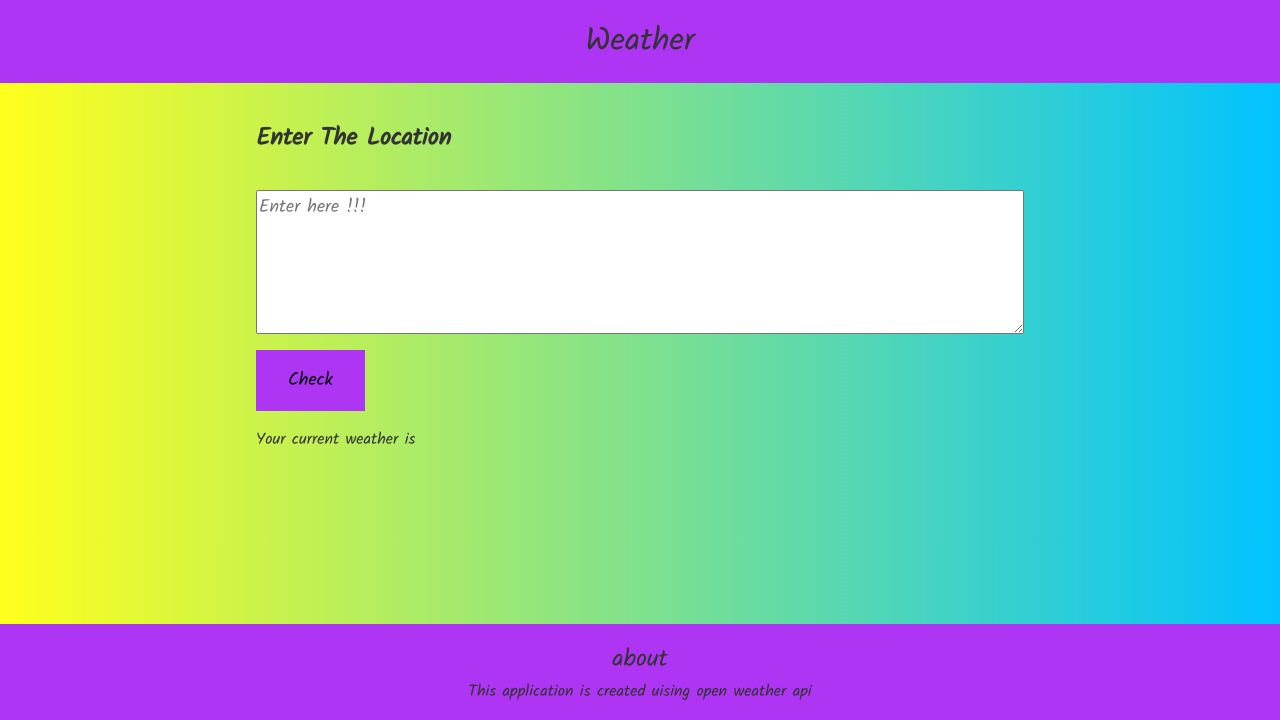
Repository: Irfan-vit/openapi
Page: index.html
The author's editor kept a copy of each file at every save. The page is drawn from the files as they stood at one save, then again after the next save.
The browser window is 1280 px wide. The pictures show the whole page.

Above is the page before, as saved 2021-05-27 23:31:17.

### index.html
<!DOCTYPE html>
<html lang="en">

<head>
    <meta charset="UTF-8">
    <meta http-equiv="X-UA-Compatible" content="IE=edge">
    <meta name="viewport" content="width=device-width, initial-scale=1.0">
    <title>Api</title>
    <link rel="stylesheet" href="style.css">
</head>

<body>

    <nav>
        <div style="font-size: 2rem; padding: 1rem;">
            Weather
        </div>

    </nav>

    <main>

        <h2>Enter The Location</h2>

        <textarea name="" id="txt-input" class="t-area" placeholder="Enter here !!!"></textarea>

        <button id="btn-translate">
            Check
        </button>

        <div>Your current weather is</div>

        <div id="output" class="t-area">

        </div>

    </main>

    <footer>
        <div style="font-size: x-large;">about</div>
        <p>This application is created uising open weather api</p>
    </footer>



    <script src="app.js" type="text/javascript"></script>
</body>

</html>

### style.css
@import url('https://fonts.googleapis.com/css2?family=Kalam&display=swap');

* {
    box-sizing: border-box;
}

:root {
    --primary: #ad35f3;
    --black: #333333;
    --width-break:800px
}

body {
    margin: 0;
    font-family: 'Kalam', cursive;
    color: #333333;
    background: #00c3ff;  /* fallback for old browsers */
background: -webkit-linear-gradient(to right, #ffff1c, #00c3ff);  /* Chrome 10-25, Safari 5.1-6 */
background: linear-gradient(to right, #ffff1c, #00c3ff); /* W3C, IE 10+/ Edge, Firefox 16+, Chrome 26+, Opera 12+, Safari 7+ */

}

nav {
    background-color: var(--primary);
    text-align: center;
}

main {
    margin: auto;
    padding: 1rem;
    max-width: var(--width-break);
}

textarea {
    box-sizing: border-box;
    display: block;
    width: 100%;
    min-height: 20vh;
    margin-top: 2rem;
    font-size: large;
    font-family: inherit;
}

button {
    background-color: var(--primary);
    border: none;
    margin: 1rem 0rem;
    padding: 1rem 2rem;
    font-family: 'Kalam', cursive;
    font-size: large;
}


#output {
    box-sizing: border-box;
    width: 100%;
    min-height: 10vh;
    max-height: 20vh;
    /* border: 1px solid var(--black); */
}

footer {
    position: fixed;
    bottom: 0;
    width: 100%;
    padding: 1rem;
    background-color: var(--primary);
    text-align: center;
}

footer p {
    max-width: var(--width-break);
    margin: auto;
}

### app.js
var btnTranslate = document.querySelector("#btn-translate");
var txtInput = document.querySelector("#txt-input");
var outputDiv = document.querySelector('#output')
var serverURL = "https://api.openweathermap.org/data/2.5/weather?q="
var key = "&appid=49257f6591cfc3ed8daf0b5970d519cb"

function getTranslationURL(text) {
    return serverURL + text + key
}

function errorHandler(error) {
    console.log("error occured", error)
    alert("something went wrong  :  " + error)
}

function clickHandler() {
    // outputDiv.innerText = "translated  " + txtInput.value + "  To : bababbababababababa ";

    var inputText = txtInput.value;

    fetch(getTranslationURL(inputText))
        .then(response => response.json())
        .then(json => {
            var translatedText = "Country : " + json['sys']['country'] + " | tempreature : " + json['main']['temp'] + " | weather : " +  json['weather'][0]['description'] + " | longitude : " + json['coord']['lon'] + " | latitude : " + json['coord']['lat'] + " | wind speed : " + json['wind']['speed'] + " | Wind direction, degrees : " + json['wind']['deg'];
            outputDiv.innerText = translatedText;
            })
    };


btnTranslate.addEventListener("click", clickHandler)

After the next save:
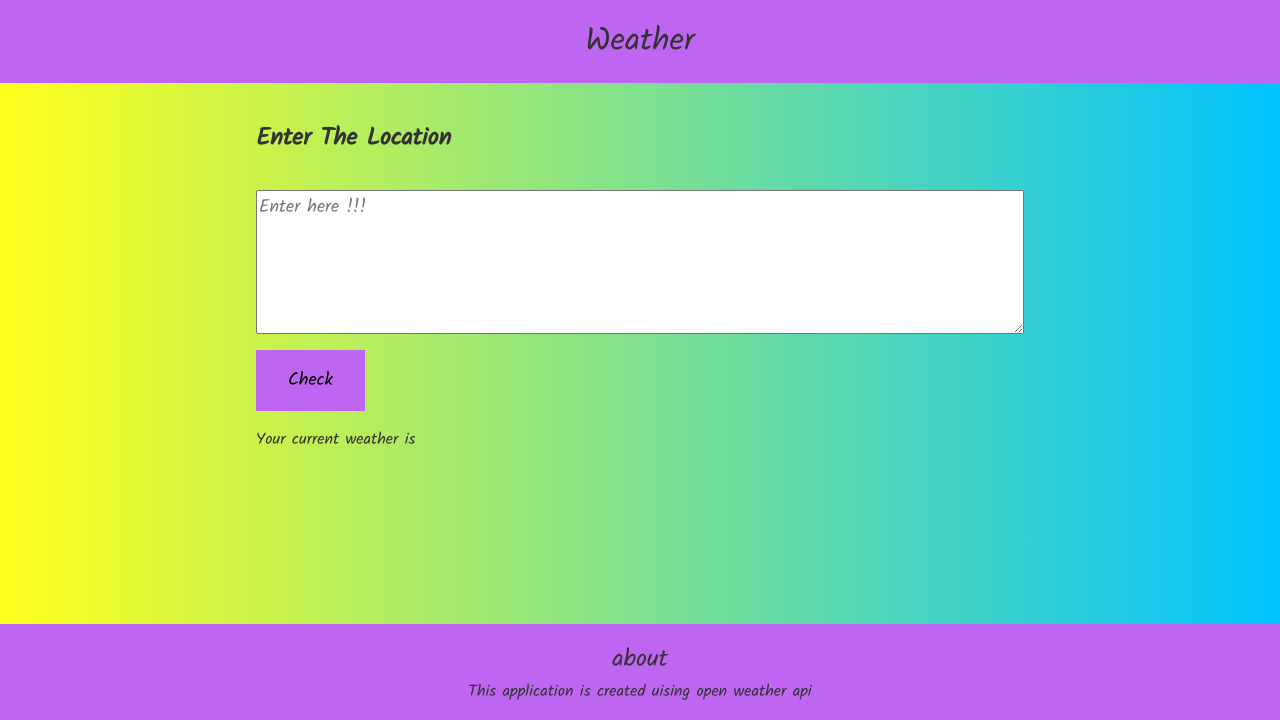
Saved 31 s later.
--- a/style.css
+++ b/style.css
@@ -5,7 +5,7 @@
 }
 
 :root {
-    --primary: #ad35f3;
+    --primary: #be66f1;
     --black: #333333;
     --width-break:800px
 }
